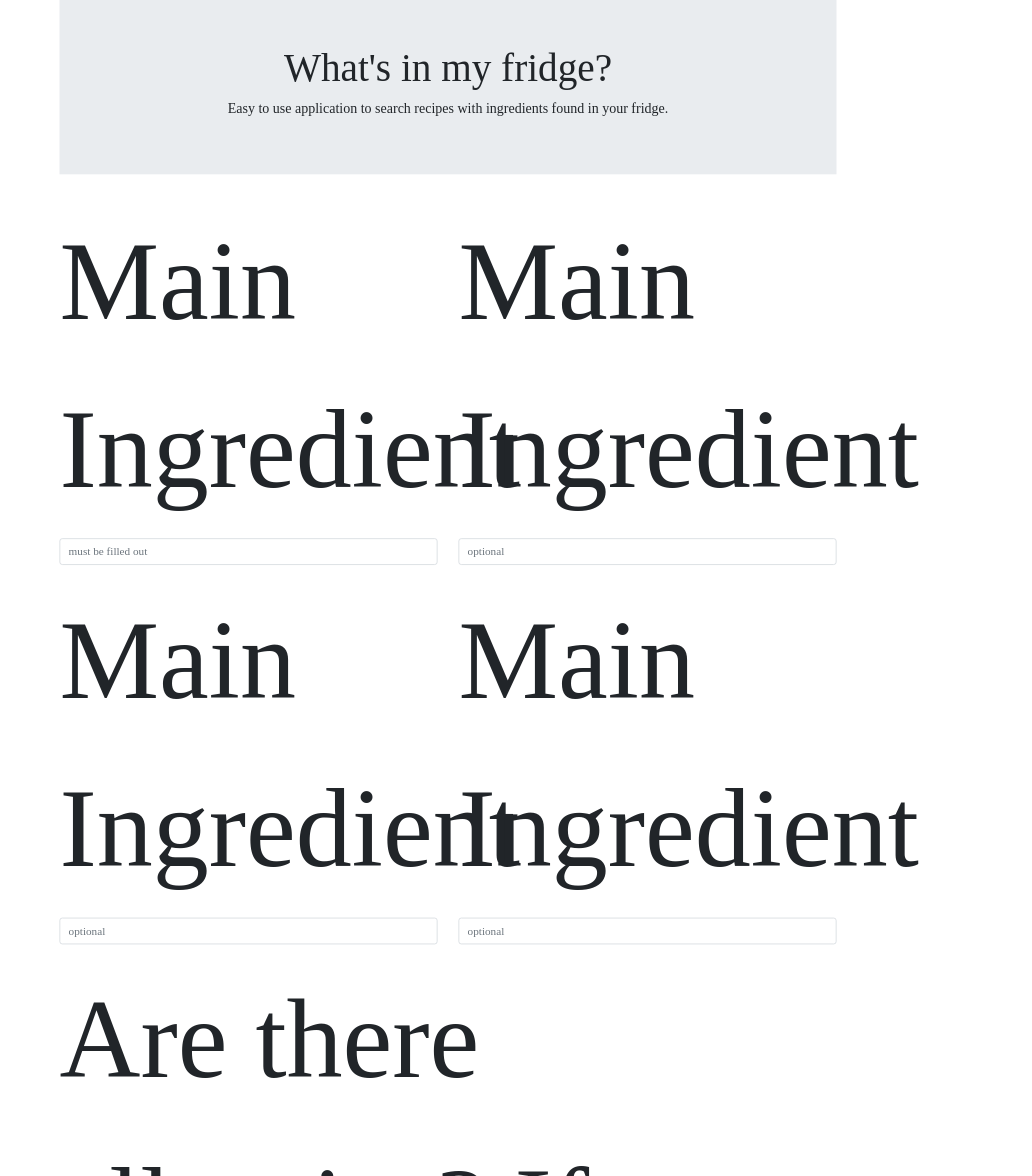
Repository: ogipajic/Recipe_API
Page: index.html
These files come from the project's save history. The page is drawn as it stood at one moment and after the next save; the edit follows.
The browser window is 1280 px wide. The page is 1474 px wide, then 1280 px, so the pictures cover 1474 px, including what lies to the right of the window. The pictures show the part of the page from y = 0 to 1680 px (the page is 2491 px tall before and 720 px after), at 70% of full size.
Some web fonts or font styles are not loaded; a fallback is used.

Above is the page before, as saved 2020-07-03 18:52:32.
Not found: script.js

After the next save:
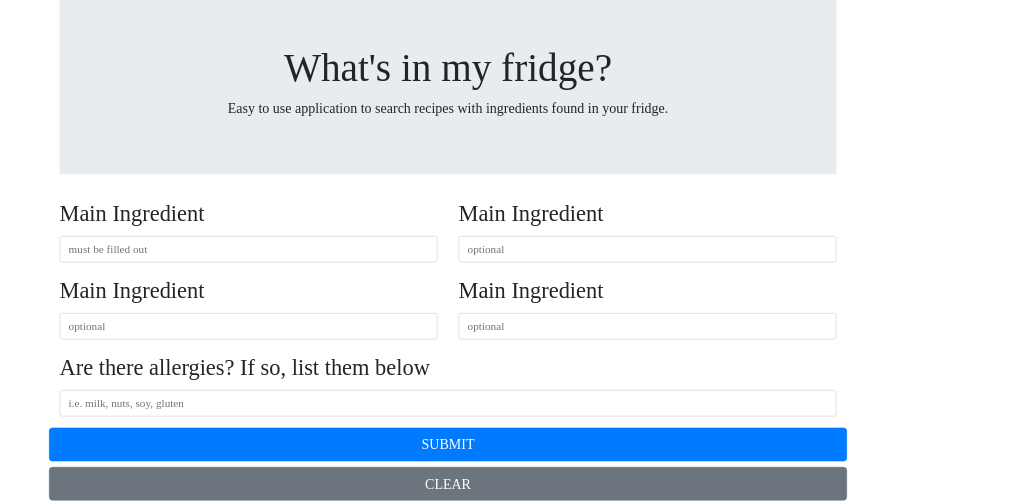
Saved 6 s later.
--- a/stylesheet.css
+++ b/stylesheet.css
@@ -1,5 +1,5 @@
 body {
-    font-size: 10rem;
+    font-size: 2rem;
     font-family: 'Annie Use Your Telescope', cursive;
 }
 
